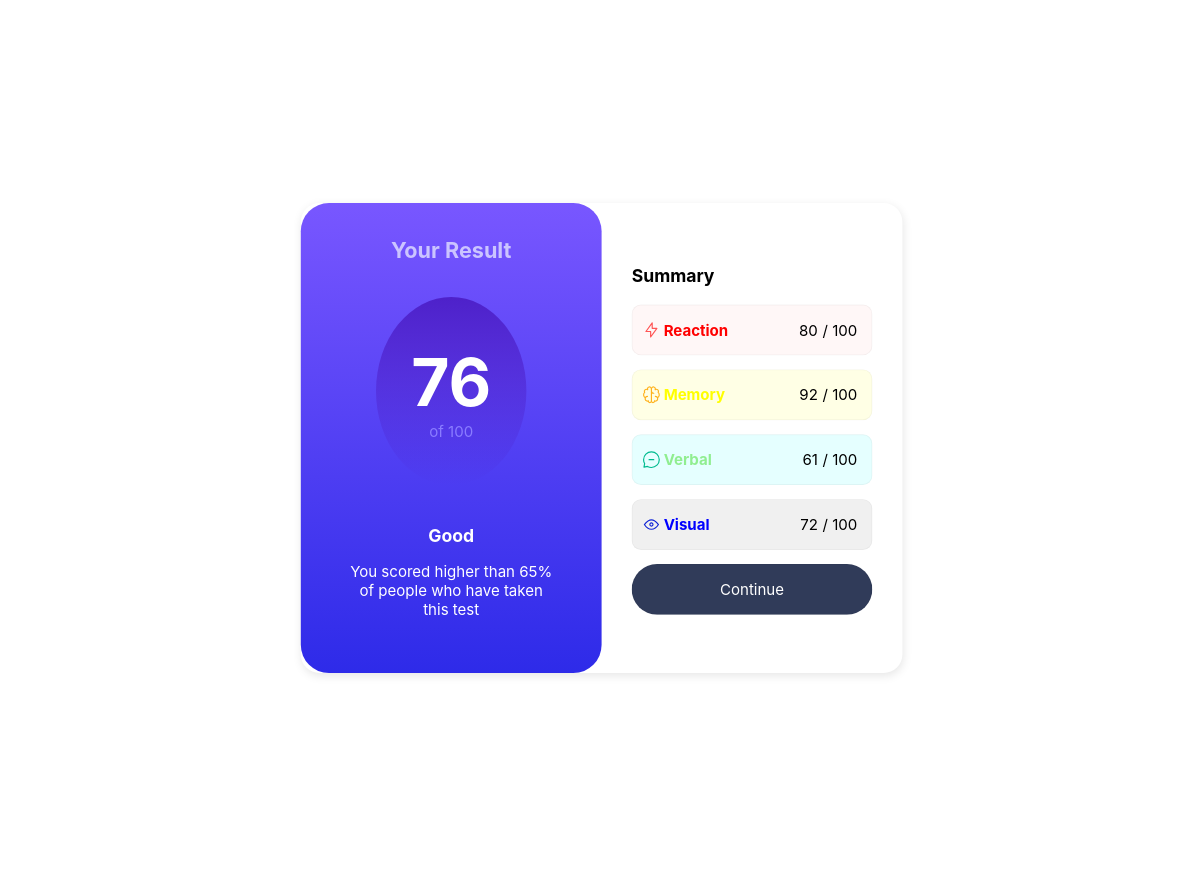
Repository: JeanPaulBassil/Result-Summary-Design
Page: /
An editor plug-in stored every save of this project. The page is shown before and after the next save, followed by the edit.
The browser window is 1280 px wide. The pictures show the whole page, at 94% of full size.
The project was rebuilt for these pictures with package versions that can differ from the ones it lists, and the page was loaded fresh each time.

Above is the page before, as saved 2023-02-24 18:30:28.

After the next save:
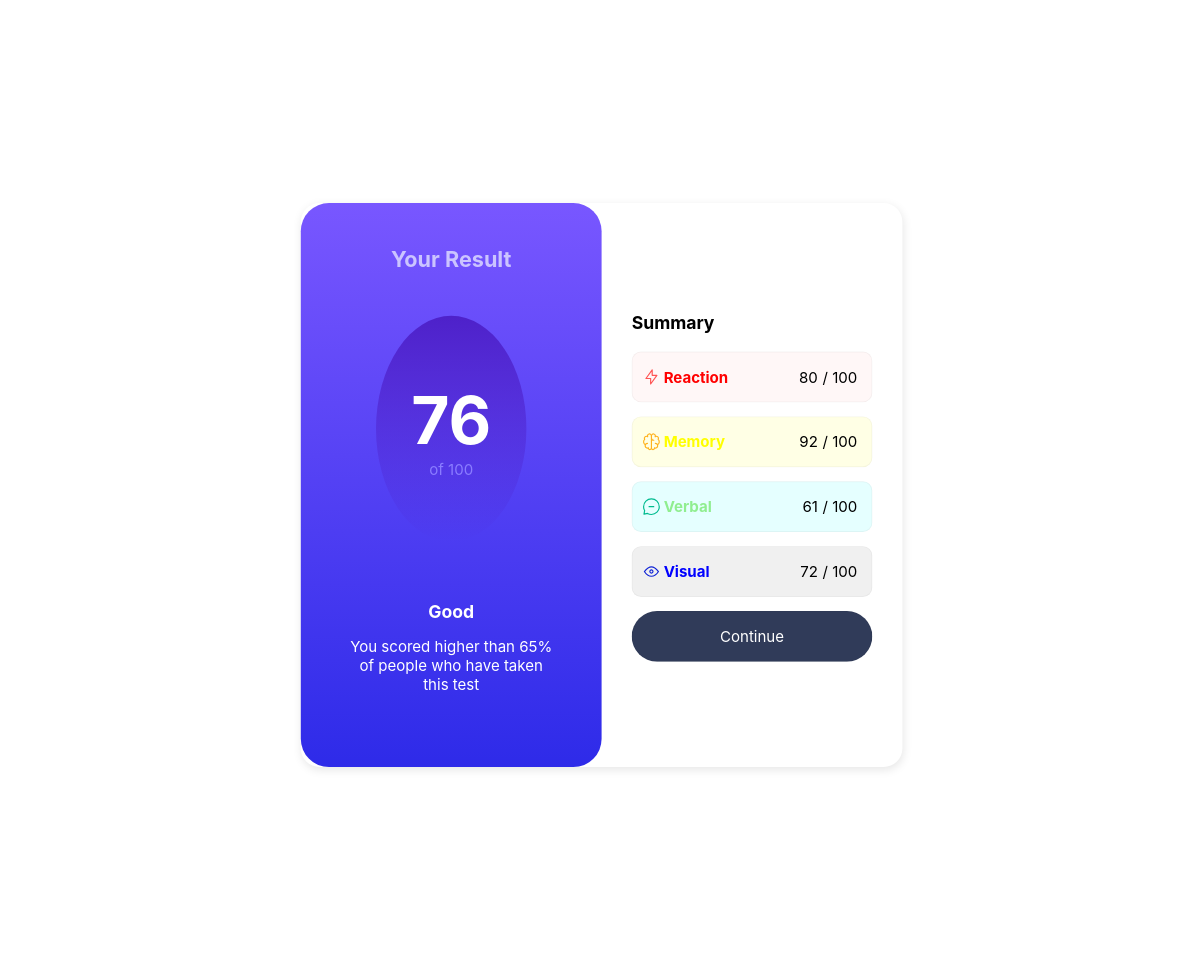
Saved 5 s later.
--- a/src/index.css
+++ b/src/index.css
@@ -21,7 +21,7 @@ code {
   margin: 30vh auto;
   display: grid;
   grid-template-columns: minmax(250px, 1fr) minmax(250px, 1fr);
-  min-height: 500px;
+  min-height: 600px;
 }
 
 @media (max-width: 1125){
